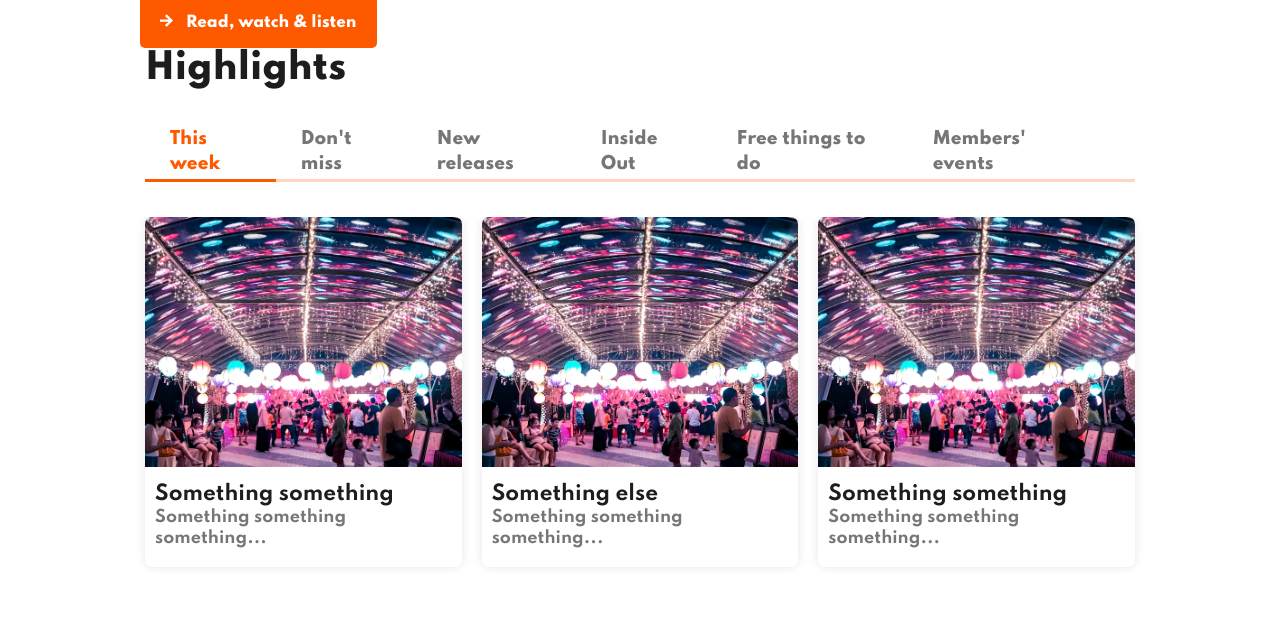
Repository: vvogt/fameworks_vv
Page: /
These files come from the project's save history. The page is drawn as it stood at one moment and after the next save; the edit follows.
The browser window is 1280 px wide. The pictures show the part of the page from y = 607 to 1229 px (the page is 3262 px tall before and 3237 px after).
Pictures or frames that could not be fetched are drawn as grey boxes. Backgrounds fixed to the window are drawn as part of the page. The project was rebuilt for these pictures with package versions that can differ from the ones it lists, and the page was loaded fresh each time. Also part of the build but not shown: src/components/NotFound.js. Imported but missing from the stored project, and not drawn on this page: src/assets/videos/seald_fullhd.mp4.

Above is the page before, as saved 2020-05-07 15:28:32.

After the next save:
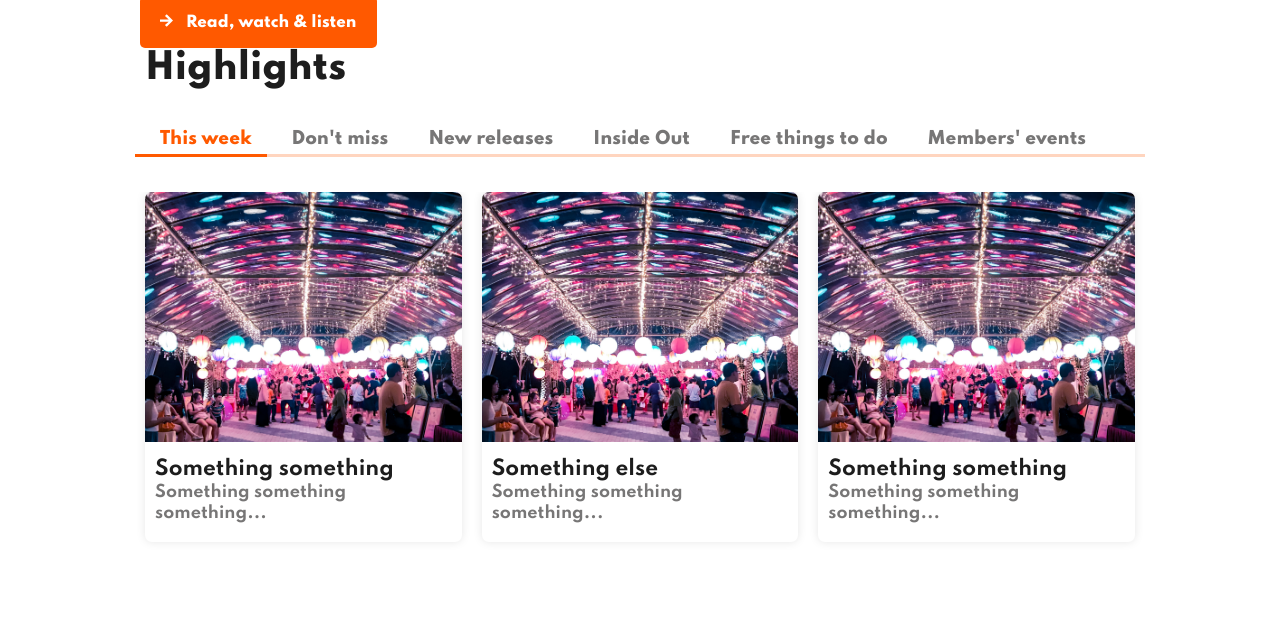
Saved 96 s later.
--- a/src/scss/_components.categories.scss
+++ b/src/scss/_components.categories.scss
@@ -1,8 +1,6 @@
 .categoryTabs {
       width: 100%;
       margin-bottom: 35px;
-      padding-left: 10px;
-      padding-right: 10px;
 
       h3 {
          font-size: 17px;

After the save that followed:
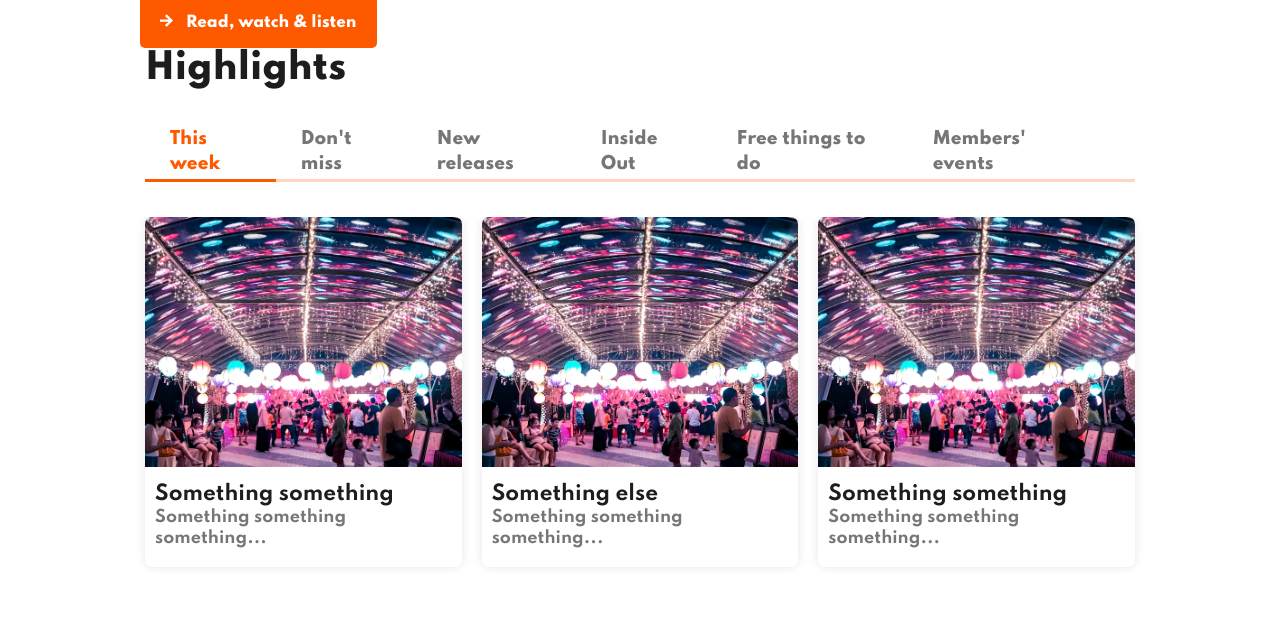
Saved 42 s later.
--- a/src/scss/_components.section.scss
+++ b/src/scss/_components.section.scss
@@ -7,6 +7,11 @@
    h2 {
       margin-bottom: 35px;
       padding-left: 10px;
+   }
+
+   .categoryTabs {
+      padding-left: 10px;
+      padding-right: 10px;
    }
 
    .arrow {
